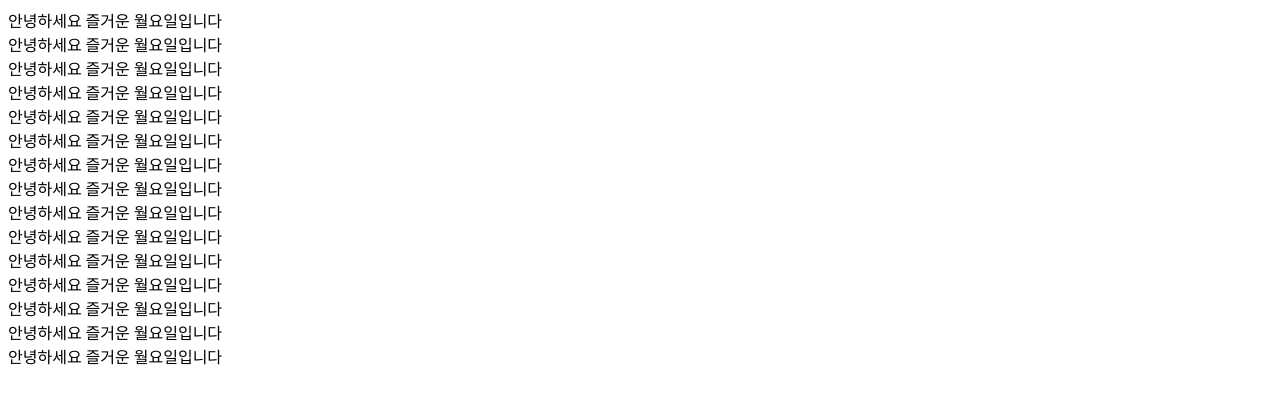
Repository: shbaksa/study
Page: http://localhost/mw_0620/javascript/this6.jsp
The author's editor kept a copy of each file at every save. The page is drawn from the files as they stood at one save, then again after the next save.
The browser window is 1280 px wide. The pictures show the whole page.
The page is served by Tomcat 9.

Above is the page before, as saved 2022-06-20 06:51:56.

After the next save:
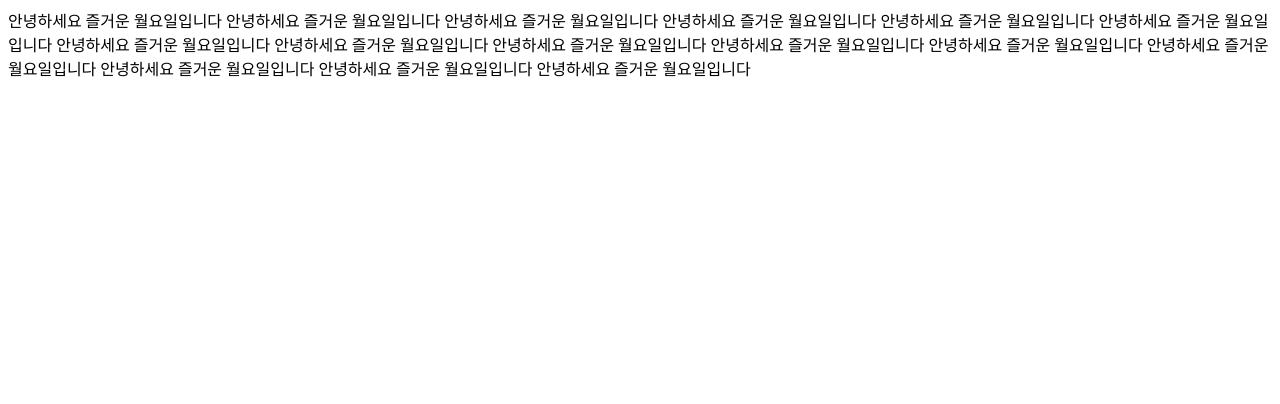
Saved 95 s later.
--- a/mw_0620/src/main/webapp/javascript/this6.jsp
+++ b/mw_0620/src/main/webapp/javascript/this6.jsp
@@ -15,21 +15,21 @@
 </head>
 <body>	<!-- this6.jsp -->
 
-	<div class="aa" onmouseover="view(0)">안녕하세요 즐거운 월요일입니다</div>
-	<div class="aa" onmouseover="view(1)">안녕하세요 즐거운 월요일입니다</div>
-	<div class="aa" onmouseover="view(2)">안녕하세요 즐거운 월요일입니다</div>
-	<div class="aa" onmouseover="view(3)">안녕하세요 즐거운 월요일입니다</div>
-	<div class="aa" onmouseover="view(4)">안녕하세요 즐거운 월요일입니다</div>
-	<div class="aa" onmouseover="view(5)">안녕하세요 즐거운 월요일입니다</div>
-	<div class="aa" onmouseover="view(6)">안녕하세요 즐거운 월요일입니다</div>
-	<div class="aa" onmouseover="view(7)">안녕하세요 즐거운 월요일입니다</div>
-	<div class="aa" onmouseover="view(8)">안녕하세요 즐거운 월요일입니다</div>
-	<div class="aa" onmouseover="view(9)">안녕하세요 즐거운 월요일입니다</div>
-	<div class="aa" onmouseover="view(10)">안녕하세요 즐거운 월요일입니다</div>
-	<div class="aa" onmouseover="view(11)">안녕하세요 즐거운 월요일입니다</div>
-	<div class="aa" onmouseover="view(12)">안녕하세요 즐거운 월요일입니다</div>
-	<div class="aa" onmouseover="view(13)">안녕하세요 즐거운 월요일입니다</div>
-	<div class="aa" onmouseover="view(14)">안녕하세요 즐거운 월요일입니다</div>
+	<span class="aa" onmouseover="view(0)">안녕하세요 즐거운 월요일입니다</div>
+	<span class="aa" onmouseover="view(1)">안녕하세요 즐거운 월요일입니다</div>
+	<span class="aa" onmouseover="view(2)">안녕하세요 즐거운 월요일입니다</div>
+	<span class="aa" onmouseover="view(3)">안녕하세요 즐거운 월요일입니다</div>
+	<span class="aa" onmouseover="view(4)">안녕하세요 즐거운 월요일입니다</div>
+	<span class="aa" onmouseover="view(5)">안녕하세요 즐거운 월요일입니다</div>
+	<span class="aa" onmouseover="view(6)">안녕하세요 즐거운 월요일입니다</div>
+	<span class="aa" onmouseover="view(7)">안녕하세요 즐거운 월요일입니다</div>
+	<span class="aa" onmouseover="view(8)">안녕하세요 즐거운 월요일입니다</div>
+	<span class="aa" onmouseover="view(9)">안녕하세요 즐거운 월요일입니다</div>
+	<span class="aa" onmouseover="view(10)">안녕하세요 즐거운 월요일입니다</div>
+	<span class="aa" onmouseover="view(11)">안녕하세요 즐거운 월요일입니다</span>
+	<span class="aa" onmouseover="view(12)">안녕하세요 즐거운 월요일입니다</div>
+	<span class="aa" onmouseover="view(13)">안녕하세요 즐거운 월요일입니다</div>
+	<span class="aa" onmouseover="view(14)">안녕하세요 즐거운 월요일입니다</div>
 
 </body>
 </html>
